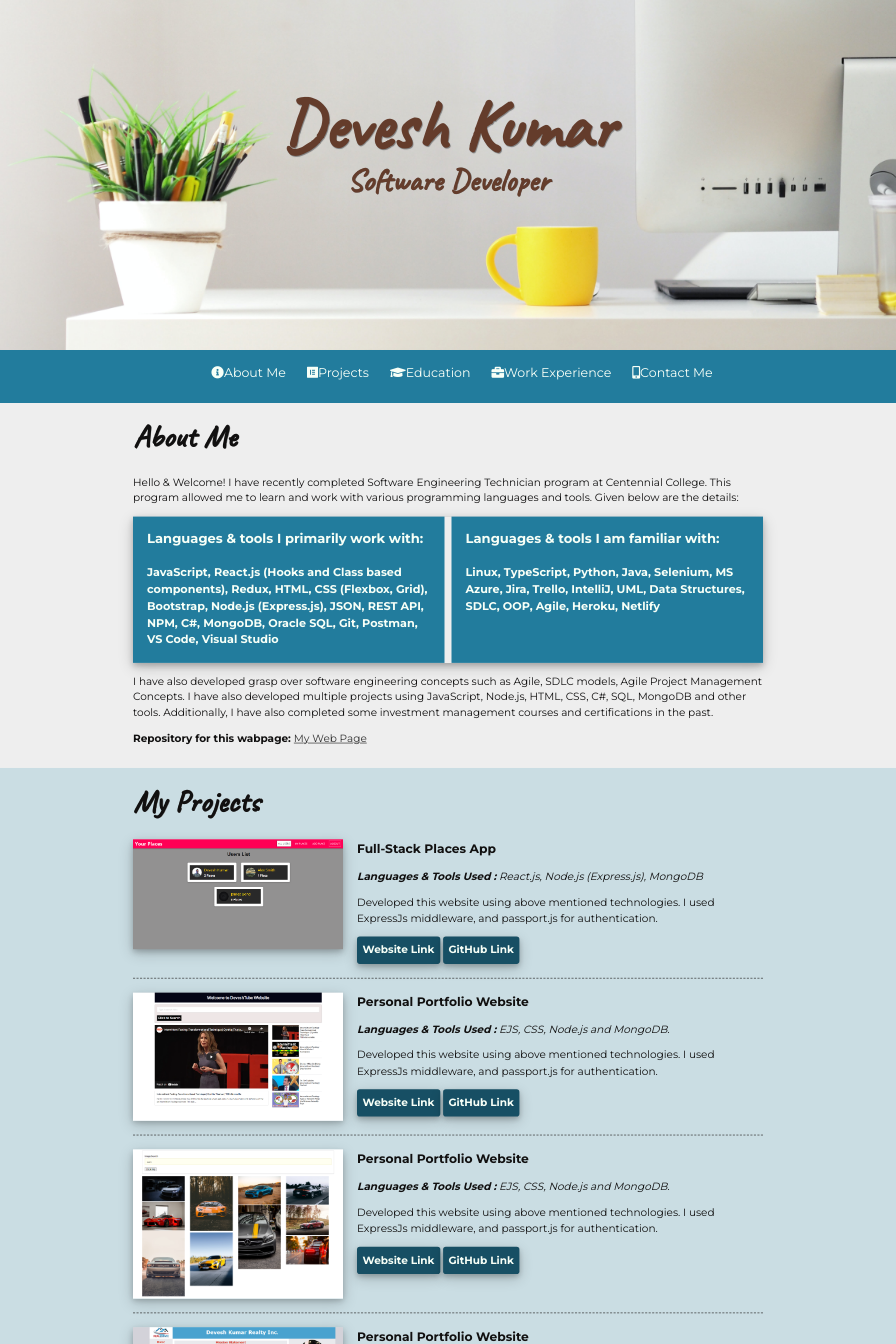
Repository: My-Web-Page/MyWebPage
Page: index.html
These files come from the project's save history. The page is drawn as it stood at one moment and after the next save; the edit follows.
The browser window is 1280 px wide. The pictures show the part of the page from y = 0 to 1920 px (the page is 4773 px tall), at 70% of full size.
Some web libraries are served in a nearby version.

Above is the page before, as saved 2021-09-06 23:01:45.

### index.html
<!DOCTYPE html>
<html lang="en">

<head>
    <meta charset="UTF-8">
    <meta name="viewport" content="width=device-width, initial-scale=1.0">
    <link href="./assets/images/favicon.ico" rel="icon" type="image/x-icon" />

    <title> Devesh Kumar : Full-Stack Developer</title>
    <link rel="preconnect" href="https://fonts.gstatic.com">
    <link href="https://fonts.googleapis.com/css2?family=Caveat&family=Montserrat:wght@400;700&display=swap" rel="stylesheet">
    <link rel="stylesheet" href="https://pro.fontawesome.com/releases/v5.10.0/css/all.css" integrity="sha384-AYmEC3Yw5cVb3ZcuHtOA93w35dYTsvhLPVnYs9eStHfGJvOvKxVfELGroGkvsg+p" crossorigin="anonymous" />

    <link rel="stylesheet" href="style.css">
</head>

<body>
    <main>
        <!-- ***********************  ABOUT / PROFILE  *********************** -->
        <header>
            <div class="container">
                <h1>Devesh Kumar</h1>
                <h2>Software Developer</h2>
            </div>
        </header>

        <nav id="navbar">
            <ul class="nav-ul">
                <li>
                    <a href="#about-me"><i class="fas fa-info-circle"></i>About Me</a>
                </li>
                <li>
                    <a href="#projects"><i class="fab fa-elementor"></i>Projects</a>
                </li>
                <li>
                    <a href="#education"><i class="fas fa-graduation-cap"></i>Education</a>
                </li>
                <li>
                    <a href="#work-experience"><i class="fas fa-briefcase"></i>Work Experience</a>
                </li>
                <li>
                    <a href="#contact"><i class="fas fa-mobile-alt"></i>Contact Me</a>
                </li>
            </ul>
        </nav>

        <!-- *********************About Me***********************  -->
        <section id="about-me">
            <div class="container">
                <h2>About Me</h2>
                <p>Hello & Welcome! I have recently completed Software Engineering Technician program at Centennial College. This program allowed me to learn and work with various programming languages and tools. Given below are the details: </p>
                <div class="grid-container">
                    <div class="grid-item">
                        <h3>Languages & tools I primarily work with:</h3>
                        <h4> JavaScript, React.js (Hooks and Class based components), Redux, HTML, CSS (Flexbox, Grid), Bootstrap, Node.js (Express.js), JSON, REST API, NPM, C#, MongoDB, Oracle SQL, Git, Postman, VS Code, Visual Studio
                            </p>
                    </div>

                    <div class="grid-item">
                        <h3>Languages & tools I am familiar with:</h3>
                        <h4>Linux, TypeScript, Python, Java, Selenium, MS Azure, Jira, Trello, IntelliJ, UML, Data Structures, SDLC, OOP, Agile, Heroku, Netlify
                            </p>
                    </div>
                </div>
                <p>I have also developed grasp over software engineering concepts such as Agile, SDLC models, Agile Project Management Concepts. I have also developed multiple projects using JavaScript, Node.js, HTML, CSS, C#, SQL, MongoDB and other tools.
                    Additionally, I have also completed some investment management courses and certifications in the past.
                </p>

                <p><strong>Repository for this wabpage: </strong><a id="my-page-repo" target="_blank" href="https://github.com/portretrieve/MyWebPage">My Web Page</a></p>

            </div>
        </section>

        <!-- *********************Pop-Ups***********************  -->
        <section class="popup-wrapper" id="popup">
            <div class="container">
                <img id="popup-img" alt="finalproject popup">
            </div>
        </section>
        <!-- ********************  PROJECTS / PORTFOLIO  ********************* -->
        <section id="projects" class="projects">
            <div class="container divider">
                <h2>My Projects</h2>


                <!-- Project a -->
                <section class="project-item clearfix">
                    <img class="project-image" src="./assets/images/Places.png" alt="Portfolio Assignment Using Node.js, Bootstrap, EJS and MongoDB">
                    <h3>Full-Stack Places App</h3>
                    <p> <strong>Languages & Tools Used :</strong> React.js, Node.js (Express.js), MongoDB</p>
                    <p>Developed this website using above mentioned technologies. I used ExpressJs middleware, and passport.js for authentication.
                    </p>
                    <a class="btn" href="https://comp229-asnmt2.herokuapp.com/home" target="_blank">Website Link</a>
                    <a class="btn" href="https://github.com/portretrieve/Assignment_2" target="_blank">GitHub Link</a>
                </section>
                <!-- Project b -->
                <section class="project-item clearfix">
                    <img class="project-image" src="./assets/images/deveshtube.png" alt="Portfolio Assignment Using Node.js, Bootstrap, EJS and MongoDB">
                    <h3>Personal Portfolio Website</h3>
                    <p> <strong>Languages & Tools Used :</strong> EJS, CSS, Node.js and MongoDB.</p>
                    <p>Developed this website using above mentioned technologies. I used ExpressJs middleware, and passport.js for authentication.
                    </p>
                    <a class="btn" href="https://comp229-asnmt2.herokuapp.com/home" target="_blank">Website Link</a>
                    <a class="btn" href="https://github.com/portretrieve/Assignment_2" target="_blank">GitHub Link</a>
                </section>

                <!-- Project c -->
                <section class="project-item clearfix">
                    <img class="project-image" src="./assets/images/pics.png" alt="Portfolio Assignment Using Node.js, Bootstrap, EJS and MongoDB">
                    <h3>Personal Portfolio Website</h3>
                    <p> <strong>Languages & Tools Used :</strong> EJS, CSS, Node.js and MongoDB.</p>
                    <p>Developed this website using above mentioned technologies. I used ExpressJs middleware, and passport.js for authentication.
                    </p>
                    <a class="btn" href="https://comp229-asnmt2.herokuapp.com/home" target="_blank">Website Link</a>
                    <a class="btn" href="https://github.com/portretrieve/Assignment_2" target="_blank">GitHub Link</a>
                </section>
                <!-- Project d -->
                <section class="project-item clearfix">
                    <img class="project-image" src="./assets/images/realEstate.png" alt="Portfolio Assignment Using Node.js, Bootstrap, EJS and MongoDB">
                    <h3>Personal Portfolio Website</h3>
                    <p> <strong>Languages & Tools Used :</strong> EJS, CSS, Node.js and MongoDB.</p>
                    <p>Developed this website using above mentioned technologies. I used ExpressJs middleware, and passport.js for authentication.
                    </p>
                    <a class="btn" href="https://comp229-asnmt2.herokuapp.com/home" target="_blank">Website Link</a>
                    <a class="btn" href="https://github.com/portretrieve/Assignment_2" target="_blank">GitHub Link</a>
                </section>
                <!-- Project 1 -->
                <section class="project-item clearfix">
                    <img class="project-image" src="./assets/images/assignment_2.png" alt="Portfolio Assignment Using Node.js, Bootstrap, EJS and MongoDB">
                    <h3>Personal Portfolio Website</h3>
                    <p> <strong>Languages & Tools Used :</strong> EJS, CSS, Node.js and MongoDB.</p>
                    <p>Developed this website using above mentioned technologies. I used ExpressJs middleware, and passport.js for authentication.</p>
                    <a class="btn" href="https://comp229-asnmt2.herokuapp.com/home" target="_blank">Website Link</a>
                    <a class="btn" href="https://github.com/portretrieve/Assignment_2" target="_blank">GitHub Link</a>
                </section>

                <!-- Project 2 -->
                <section class="project-item clearfix">
                    <img class="project-image" src="./assets/images/final_project.png" alt="Final Project Using Node.js, Bootstrap, EJS and MongoDB">
                    <h3>Angel's Investment Website</h3>
                    <p> <strong>Languages & Tools Used :</strong> EJS, CSS, Node.js and MongoDB.</p>
                    <p>Created this website using Node.js(Express.js), and Passport.js to authenticate.</p>
                    <a class="btn" href="https://angelinvestfinal.herokuapp.com/" target="_blank">Website Link</a>
                    <a class="btn" href="https://github.com/Angel-Investor/AngelInvestor-Web-App" target="_blank">GitHub
                        Link</a>
                </section>

                <!-- Project 3 -->
                <section class="project-item clearfix">
                    <img class="project-image" src="./assets/images/slot-machine.png" alt="Casino slot machine game using HTML, CSS, JavaScript, TypeScript and EaselJS">
                    <h3>Slot Machine Game</h3>
                    <p> <strong>Languages & Tools Used :</strong> HTML, CSS, JavaScript, TypeScript and EaselJS.</p>
                    <a class="btn" href="https://portretrieve.github.io/COMP125-Assignment-4-CreateJS-Slot-Machine/" target="_blank">Website Link</a>
                    <a class="btn" href="https://github.com/portretrieve/COMP125-Assignment-4-CreateJS-Slot-Machine" target="_blank">GitHub Link</a>
                </section>

                <!-- Project 4 -->
                <section class="project-item clearfix">
                    <img class="project-image" src="./assets/images/restaurant_app.png" alt="Restaurant app using C# WPF MVVM">
                    <h3>Restaurant POS system app</h3>
                    <p> <strong>Languages & Tools Used :</strong> C#, WPF and XAML.</p>
                    <p>Created the restaurant P.O.S app using C# and WPF.</p>
                    <a class="btn" href="https://github.com/portretrieve/Restaurant_app" target="_blank">GitHub Link</a>
                </section>
                <section>
                    <h3>Other Projects: </h3>
                    <p> <strong>Languages & Tools Used :</strong> C#, WinForms, SQL, PL/SQL, Java, Python, Jira, Trello, Lucid Charts, MS Visio etc. </p>
                    <p>In addition to the projects above, I have also developed other projects using the languages and tools above. All of these projects can be found on my <span><a
                                href="https://github.com/portretrieve" target="_blank">GitHub Page</a>.</span></p>
                </section>
            </div>
        </section>

        <!-- ******************  EDUCATION & CERTIFICATIONS ****************** -->
        <section id="education" class="education">
            <div class="container item-details">

                <h2>Education</h2>

                <section>
                    <h3>Software Engineering Technician Diploma</h3>
                    <p>Centennial College, Toronto ON, 2020-2021</p>
                    <p>4 semesters full-time software engineering diploma program </p>
                </section>
                <section>
                    <h3>Chartered Financial Analyst – CFA Level 1 Passed</h3>
                    <p>CFA Institute, 2018</p>
                </section>
                <br>
                <section class="csc">
                    <h3>Canadian Securities Course (CSC)</h3>
                    <h3>Derivatives Fundamentals and Options Licensing (DFOL)</h3>
                    <p>Canadian Securities Institute, 2017-2019 </p>
                </section>
                <section>
                    <h3>Bachelor of Science</h3>
                    <p>M.J.P. Rohilkhand University India, 2003-2006</p>
                </section>
            </div>
        </section>

        <!-- ***********************  WORK EXPERIENCE  *********************** -->
        <section id="work-experience" class="work-experience">
            <div class="container item-details divider">
                <h2>Work Experience</h2>

                <!-- Job 1 -->
                <section class="job-item">
                    <div class="job-details">
                        <h3>Client Advisor</h3>
                        <p>RBC Royal Bank</p>
                        <p>Mar 2017 - Sep 2018</p>
                    </div>
                    <div class="job-summary">
                        <ul>
                            <li>Proactively engage with clients and deliver an outstanding service experience through completing transactions, and by identifying sales and referral opportunities.</li>
                            <li>Focus on education and demonstration, leverage technology to deliver a memorable client experience, drive sales and retain business.</li>
                            <li>Manage risks by adhering to compliance routines, processes, and controls to protect client and shareholder interests while completing transactions.</li>
                        </ul>

                    </div>
                </section>

                <!-- Job 2 -->
                <section class="job-item">

                    <div class="job-details">
                        <h3>Night Auditor</h3>
                        <p>DoubleTree by Hilton</p>
                        <p>Feb 2017 - Aug 2018</p>

                    </div>
                    <div class="job-summary">
                        <ul>
                            <li>Daily Reconciling of days transactions for all departments including front office, restaurant, lounge and banquets.</li>
                            <li>Responsible for cash float and receipt of customer payments via cash or credit card, balancing cash at shift end and generating the accounting reports.</li>
                            <li>Completing reservations, provide information, assistance to guests.</li>
                        </ul>
                    </div>

                </section>

                <!-- Job 3 -->
                <section class="job-item">
                    <div class="job-details">
                        <h3>Executive CCS (Outbound/Inbound Sales Representative)</h3>
                        <p>Fareportal.com (Cheapoair.com/Cheapoair.ca)</p>
                        <p>Dec 2008 – Aug 2013</p>
                    </div>
                    <div class="job-summary">
                        <ul>
                            <li>Making outbound calls and recieving inbound calls to sale travel products such as flight tickets, hotel reservations, car rentals and travel insurances etc.</li>
                            <li>Meeting sales and customer service targets by understanding client needs, offering first call resolution of issues, and actively promoting and selling products and services that meet your clients’ needs.</li>
                            <li>Preparing the sales reports and contacting clients whenever required to provide them with changes to the reservations and providing them additional assistance.</li>
                        </ul>
                    </div>
                </section>
                <a class="top-btn" href="#top">Page Top</a>

            </div>
        </section>


        <!-- *****************  CONTACT INFO / SOCIAL MEDIA  ***************** -->
        <footer>
            <div id="contact" class="container">
                <h2>Let's Stay in Touch!</h2>
                <!-- Social media and contact links. Add or remove any networks. -->
                <ul class="contact-list">
                    <li><a href="mailto:deveshkumar2107@hotmail.com"><i
                                class="fas fa-envelope"></i>&nbsp;deveshkumar2107@hotmail.com</a></li>
                    <li><a href="https://github.com/portretrieve" target="_blank"><i
                                class="fab fa-github"></i>&nbsp;GitHub</a></li>
                    <li><a href="https://www.linkedin.com/in/devesh-kumar-2aa03b64/" target="_blank"><i
                                class="fab fa-linkedin"></i>&nbsp;LinkedIn</a></li>
                </ul>
            </div>
        </footer>
    </main>
    <script src="./script.js"></script>
</body>

</html>

Loaded but not shown: script.js (18 lines, source omitted); style.css (418 lines, source omitted)

After the next save:
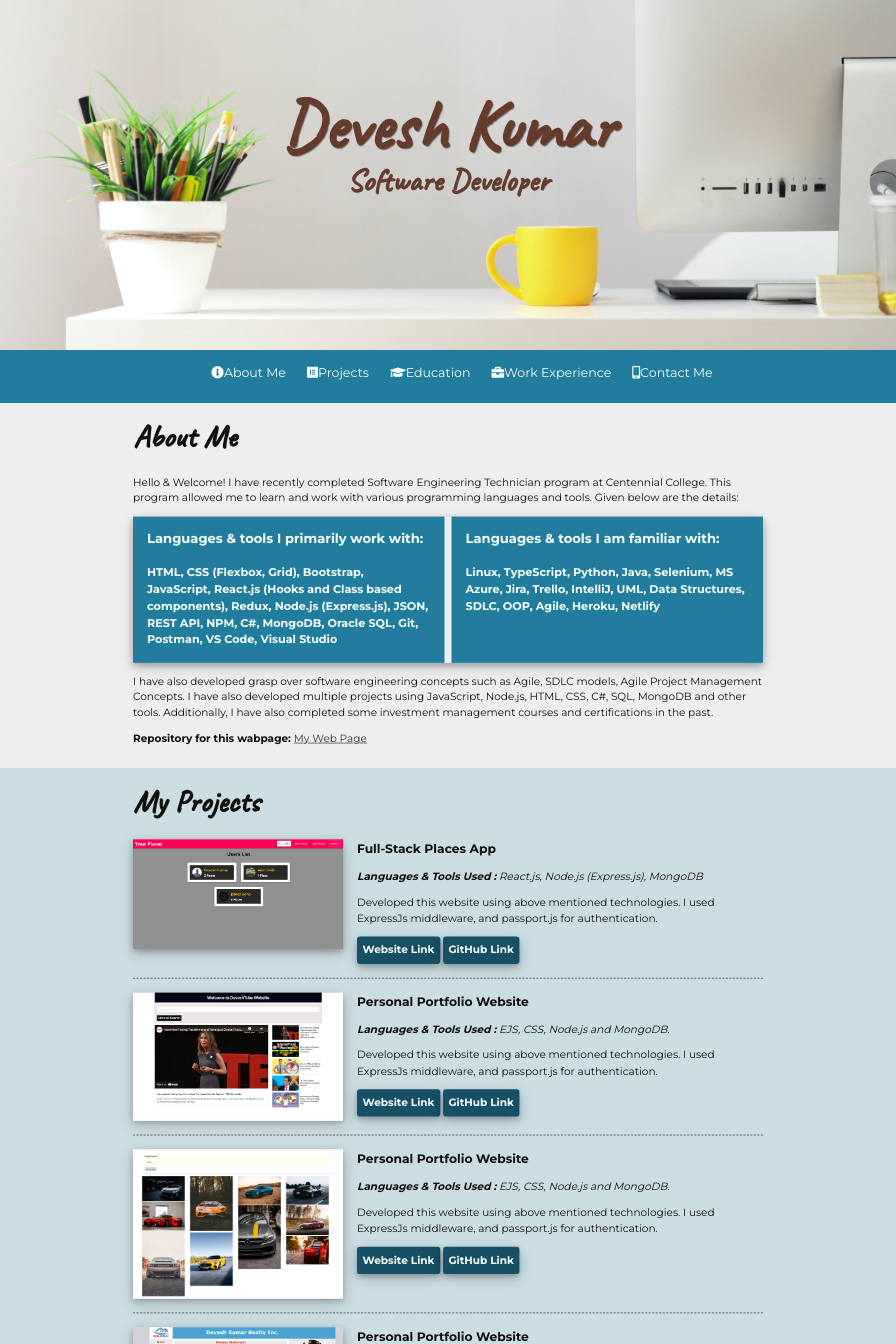
Saved 42 s later.
--- a/index.html
+++ b/index.html
@@ -52,7 +52,7 @@
                 <div class="grid-container">
                     <div class="grid-item">
                         <h3>Languages & tools I primarily work with:</h3>
-                        <h4> JavaScript, React.js (Hooks and Class based components), Redux, HTML, CSS (Flexbox, Grid), Bootstrap, Node.js (Express.js), JSON, REST API, NPM, C#, MongoDB, Oracle SQL, Git, Postman, VS Code, Visual Studio
+                        <h4> HTML, CSS (Flexbox, Grid), Bootstrap, JavaScript, React.js (Hooks and Class based components), Redux, Node.js (Express.js), JSON, REST API, NPM, C#, MongoDB, Oracle SQL, Git, Postman, VS Code, Visual Studio
                             </p>
                     </div>
 
